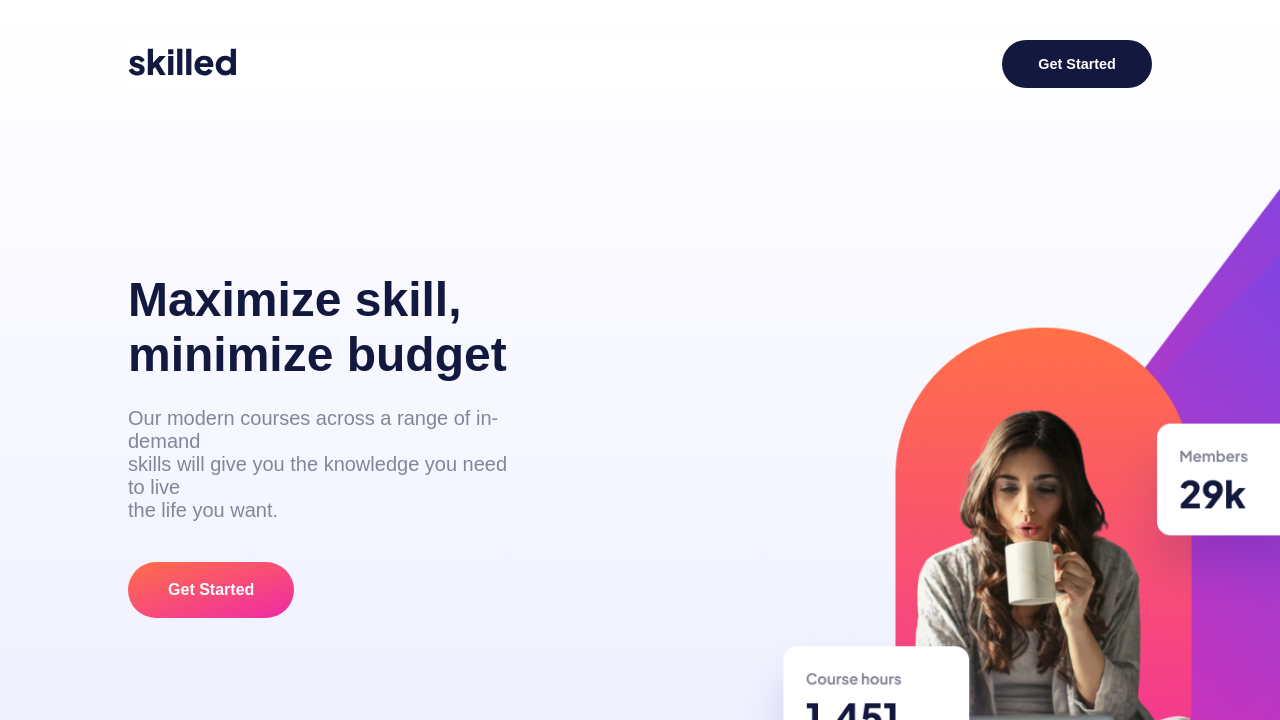
Repository: exe-walt/E-Learning-Landing-Page
Page: index.html
An editor plug-in stored every save of this project. The page is shown before and after the next save, followed by the edit.
The browser window is 1280 px wide. The pictures show the whole page.
An inner scrolling area shows only its first screen. Some web fonts or font styles are not loaded; a fallback is used.

Above is the page before, as saved 2025-05-30 17:46:43.

### index.html
<!DOCTYPE html> <!-- Document type declaration for HTML5 -->
<html lang="en">
<head>
  <meta charset="UTF-8"> <!-- Character encoding set to UTF-8 -->
  <meta name="viewport" content="width=device-width, initial-scale=1.0"> <!-- Responsive design meta tag -->
  <title>Skilled E-Learning Page</title> <!-- Page title -->
  <link rel="stylesheet" href="css/style.css"> <!-- Link to external CSS file -->
  <link href="https://fonts.cdnfonts.com/css/plus-jakarta-sans" rel="stylesheet"> <!-- Import custom font -->
</head>
<body>
  <div class="content-container"> <!-- Main content container -->

    <!-- NAVBAR SECTION -->
    <div class="navbar">
      <ul>
        <li id="logo">
          <img src="img/skilled-logo.svg" alt="logo">
        </li>
        <li class="navbar-btn">
          <button type="button">Get Started</button> <!-- Call-to-action button -->
        </li>
      </ul>
    </div>

    <!-- HERO SECTION -->
    <div class="hero-section">
      <div class="hero-text">
        <h1>Maximize skill, <br>minimize budget</h1>

        <p>
          Our modern courses across a range of in-demand <br> skills will give you the knowledge you need to live <br> the life you want.
        </p>

        <button class="grad-btn1">Get Started</button>
      </div>
      <div class="main-image">
        <img src="img/hero-img.png" alt="Lady sipping coffee" class="img1">
        <img src="img/Rectangle.png" alt="rectangle" class="overlay-rectangle">
      </div>

    </div>

          <!--Popular Courses Cards-->
    <div class="cc"> <!--Courses-Container top-->
      <div class="card main-left">
        <h2>Check out our <br>most popular <br>courses! </h2>
      </div>

      <div class="card">
        <div class="icon">
          <img src="img/animation.svg" alt="Animation Icon">
        </div>
        <h3>Animation</h3>
          <p>Learn the latest animation techniques to create stunning motion design and captivate your audience.</p>
            <a href="#">Get Started</a>
      </div>
      <div class="card">
        <div class="icon">
          <img src="img/design.svg" alt="Design Icon">
        </div>
        <h3>Design</h3>
          <p>Create beautiful, usable interfaces to help shape the future of how the web looks.</p>
            <a href="#">Get Started</a>
      </div>
      <div class="card">
        <div class="icon">
          <img src="img/photography.svg" alt="Photography Icon">
        </div>
        <h3>Photography</h3>
          <p>Explore critical fundamentals like lighting, composition, and focus to capture exceptional photos.</p>
            <a href="#">Get Started</a>
      </div>
      <div class="card">
        <div class="icon">
          <img src="img/crypto.svg" alt="Crypto Icon">
        </div>
        <h3>Crypto</h3>
          <p>All you need to know to get started investing in crypto. Go from beginner to advanced with this 54 hour course.</p>
            <a href="#">Get Started</a>
      </div>
      <div class="card">
        <div class="icon">
          <img src="img/business.svg" alt="Business Icon">
        </div>
        <h3>Business</h3>
          <p>A step-by-step playbook to help you start, scale, and sustain your business without outside investment.</p>
            <a href="#">Get Started</a>
      </div>
    </div>
  </div>

  <!-- FOOTER SECTION -->
  <div class="footer">
    <ul>
      <li id="logo">
        <img src="img/skilled-1.svg" alt="logo">
      </li>
      <li class="footer-btn">
        <button>Get Started</button> <!-- Call-to-action button -->
      </li>
    </ul>
  </div>

</body>
</html>

### css/style.css
* {
  box-sizing: border-box;
  margin: 0;
  padding: 0;
  font-family: "Plus Jakarta Sans", sans-serif;
}

body {
  font-family: "Plus Jakarta Sans", sans-serif;
  margin: 0;
  background: linear-gradient(to bottom, #ffffff, #f0f1ff);
  min-height: 100vh;
}

html,
body {
  height: 100%;
  width: 100%;
  overflow-x: hidden;
}

.content-container {
  max-width: 75em;
  width: 80%;
  height: auto;
  margin: 0 auto;
}

.navbar {
  display: flex;
  justify-content: space-between;
  align-items: center;
  background-color: white;
  margin-top: 2.5em;
}

.navbar ul {
  display: flex;
  align-items: center;
  justify-content: space-between;
  width: 100%;
  list-style: none;
}

#logo img {
  height: 1.75em;
  width: auto;
}

.navbar-btn button {
  background-color: #13183f;
  color: white;
  width: 10.4em;
  height: 3.3em;
  border: none;
  border-radius: 1.8em;
  padding: 0.6rem 1.5rem;
  font-weight: 600;
  font-size: 0.9rem;
}

.navbar-btn button:hover{
  cursor: pointer;
  background-color: #666ca3;
}

.hero-section {
  display: flex;
}


.main-image {
  position: relative;
}

.img1 {
  width: 105%;
  transform: translate(32%, 84px);
  position: relative;
  z-index: 3;
}

.overlay-rectangle {
  width: 120%;
  /*height: 117%;*/
  height: 135%;
  position: absolute;
  top: -21.6%;
  right: -85%;
  z-index: 2;

}

.hero-text {
  margin-top: 11.5em;
}

.hero-text h1 {
  font-weight: 800; /* ExtraBold */
  font-size: 3rem;
  color: #13183f;
}

.hero-text p {
  font-weight: 400; /* Medium */
  font-size: 1.25rem;
  color: #83869a;
  padding-top: 1.25em;
}

.grad-btn1 {
  width: 10.4em;
  height: 3.5em;
  border: none;
  border-radius: 1.8em;
  color: white;
  font-weight: 700;
  font-size: 1em;
  padding: 0.6rem 1.5rem;
  margin-top: 2.5em;
  background: linear-gradient(to bottom right, #ff6f48, #f02aa6);
}

.grad-btn1:hover {
  cursor: pointer;
  background: linear-gradient(
      rgba(255, 255, 255, 0.5),
      rgba(255, 255, 255, 0.5)
    ),
    linear-gradient(to bottom right, #ff6f48, #f02aa6);
}


.cc {
  display: grid;
  gap: 50px 25px;
  grid-template-columns: repeat(3, 1fr);
  margin-top: 12em;
}

.card, .main-left {
  min-height: 300px;
}

.main-left {
  background: linear-gradient(to bottom right, #ff6f48, #f02aa6);
  color: white;
}

.main-left h2 {
  font-size: 2em;
  font-weight: bolder;
  color: white;
  justify-content: center;
}

.card {
  border-radius: 12px;
  background-color: white;
  box-shadow: 0 4px 10px rgba(0, 0, 0, 0.05);
  padding: 2em;
  display: flex;
  flex-direction: column;
  justify-content: space-between;
  gap: 1em;
}

.icon {
  width: 56px;
  height: 56px;
  margin-bottom: 1.5rem;
  margin-top: -4em;
}

.card h3 {
  font-size: 1.25rem;
  color: #13183f;
}

.card p {
  color: #83869a;
  font-size: 1rem;
  flex-grow: 1;
  font-weight: 500;;
}

.card a {
  color: #f74780;
  font-weight: bold;
  text-decoration: none;
}

.card a:hover {
  transition: 0.3s ease;
  color: #fa8fb1;
}

.footer {
  background-color: #13183f;
  margin-top: 5.5em;
}

.footer ul {
  display: flex;
  align-items: center;
  justify-content: space-between;
  list-style-type: none;
  max-width: 75em;
  width: 80%;
  height: 7.5em;
  margin: 0 auto;
}

.footer-btn button {
  width: 10.4em;
  height: 3em;
  border: none;
  border-radius: 1.8em;
  color: white;
  font-weight: 700;
  font-size: 1em;
  background: linear-gradient(to bottom right, #4851ff, #f02aa6);
}

.footer-btn button:hover {
  cursor: pointer;
  background: linear-gradient(
      rgba(255, 255, 255, 0.5),
      rgba(255, 255, 255, 0.5)
    ),
    linear-gradient(to bottom right, #4851ff, #f02aa6);
}

After the next save:
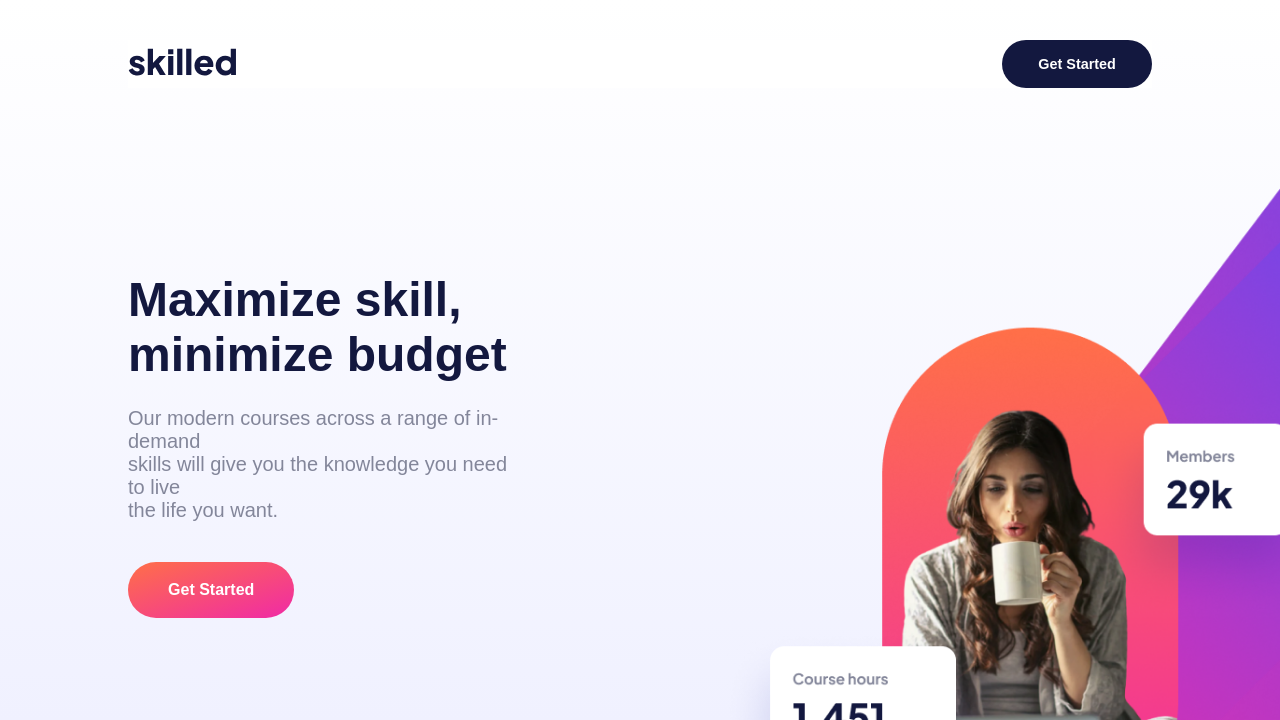
Saved 4 s later.
--- a/css/style.css
+++ b/css/style.css
@@ -75,7 +75,7 @@ body {
 
 .img1 {
   width: 105%;
-  transform: translate(32%, 84px);
+  transform: translate(30%, 84px);
   position: relative;
   z-index: 3;
 }
